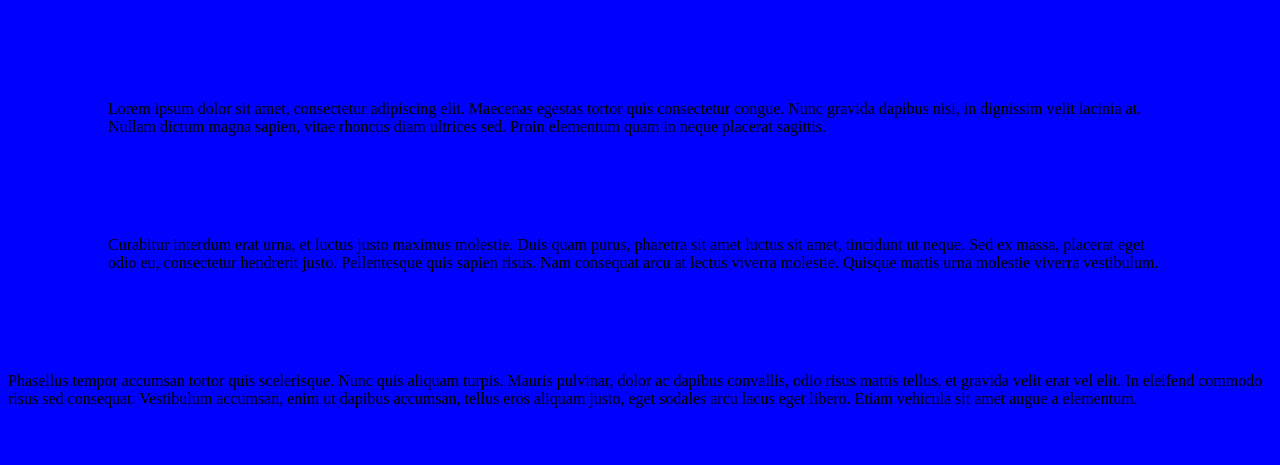
Repository: Nnetterz/Nnetterz.github.io
Page: index.html
The author's editor kept a record of every edit. The page is drawn from the files as they stood at one moment, then again after the next edit.
The browser window is 1280 px wide. The pictures show the whole page.

Above is the page before.

After the next edit:
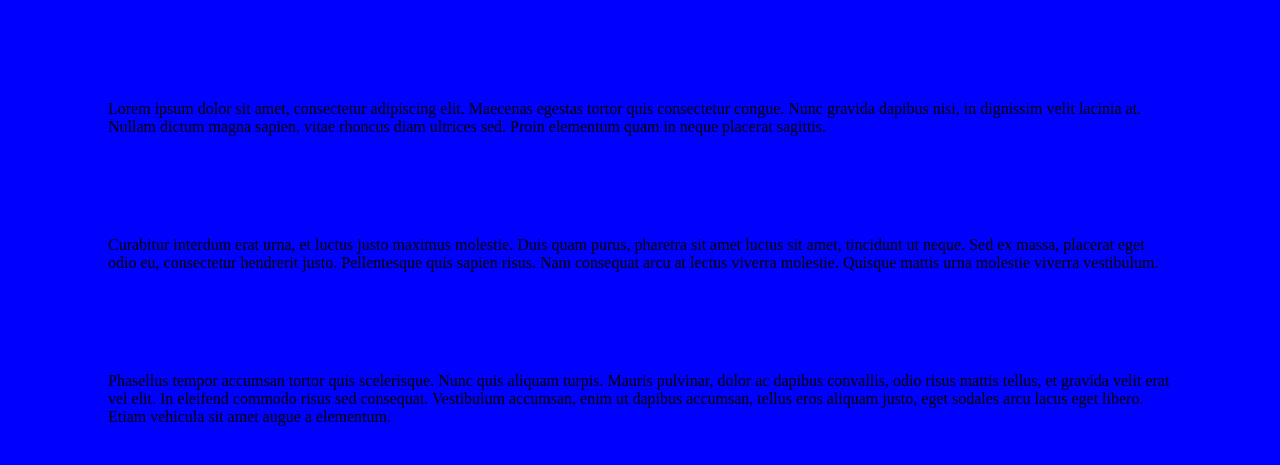
The edit:
--- a/index.html
+++ b/index.html
@@ -10,6 +10,7 @@
 
        <p> Curabitur interdum erat urna, et luctus justo maximus molestie. Duis quam purus, pharetra sit amet luctus sit amet, tincidunt ut neque. Sed ex massa, placerat eget odio eu, consectetur hendrerit justo. Pellentesque quis sapien risus. Nam consequat arcu at lectus viverra molestie. Quisque mattis urna molestie viverra vestibulum.</p>
 
-        Phasellus tempor accumsan tortor quis scelerisque. Nunc quis aliquam turpis. Mauris pulvinar, dolor ac dapibus convallis, odio risus mattis tellus, et gravida velit erat vel elit. In eleifend commodo risus sed consequat. Vestibulum accumsan, enim ut dapibus accumsan, tellus eros aliquam justo, eget sodales arcu lacus eget libero. Etiam vehicula sit amet augue a elementum.
+       <p>Phasellus tempor accumsan tortor quis scelerisque. Nunc quis aliquam turpis. Mauris pulvinar, dolor ac dapibus convallis, odio risus mattis tellus, et gravida velit erat vel elit. In eleifend commodo risus sed consequat. Vestibulum accumsan, enim ut dapibus accumsan, tellus eros aliquam justo, eget sodales arcu lacus eget libero. Etiam vehicula sit amet augue a elementum.</p>
+
     </body>
 </html>
